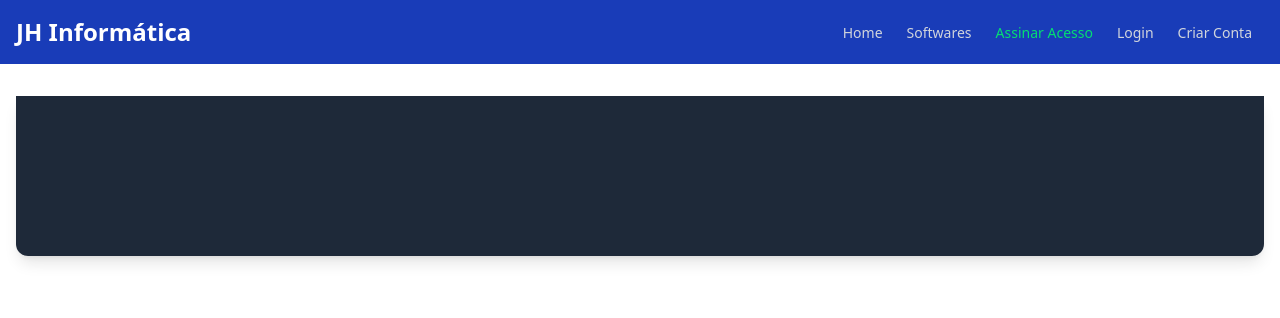
Repository: estevam02009/jh-info
Page: / (app in frontend/)
An editor plug-in stored every save of this project. The page is shown before and after the next save, followed by the edit.
The browser window is 1280 px wide. The pictures show the whole page.
The project was rebuilt for these pictures with package versions that can differ from the ones it lists, and the page was loaded fresh each time. Also part of the build but not shown: frontend/src/pages/Login.jsx, frontend/src/pages/Register.jsx, frontend/src/pages/Dashboard.jsx, frontend/src/components/ProtectedRoute.jsx, frontend/src/pages/SoftwareList.jsx, frontend/src/pages/SoftwareDetails.jsx, frontend/src/pages/SoftwareManagement.jsx, frontend/src/pages/PaymentPage.jsx and 1 more.

Above is the page before, as saved 2025-07-13 11:08:47.

After the next save:
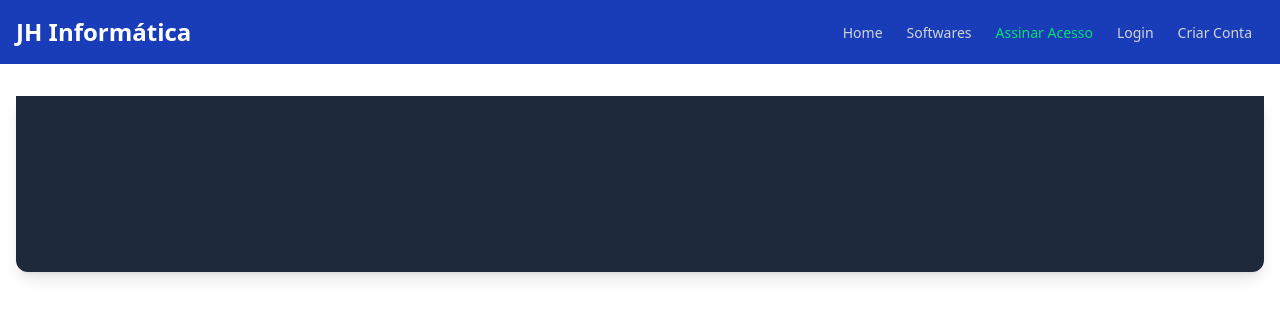
Saved 59 s later.
--- a/frontend/src/pages/Home.jsx
+++ b/frontend/src/pages/Home.jsx
@@ -6,7 +6,9 @@ const Home = () => {
         <div className="flex flex-col items-center">
 
             {/* Seção Principal (Hero) */}
-            <div className='bg-gray-800 text-wite w-full py-20 px-4 text-center rounded-b-xl shadow-lg'></div>
+            <div className='bg-gray-800 text-wite w-full py-20 px-4 text-center rounded-b-xl shadow-lg'>
+                <h1 className='text-5xl md:text-6xl font-extrabold leading-tight mb-4'></h1>
+            </div>
         </div>
     )
 }
